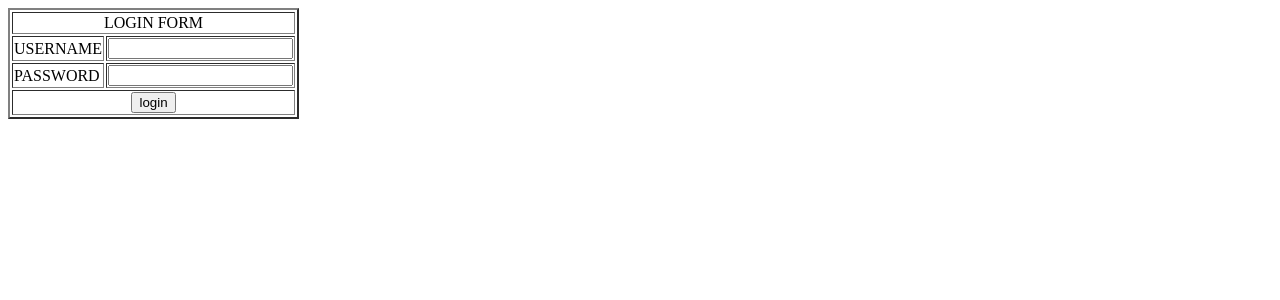
Repository: loky91/MYLABSONLY
Page: J2EE-SERVLET/Lab12_login_with_cookies/WebContent/index.html
An editor plug-in stored every save of this project. The page is shown before and after the next save, followed by the edit.
The browser window is 1280 px wide. The pictures show the whole page.

Above is the page before, as saved 2017-07-02 11:02:11.

After the next save:
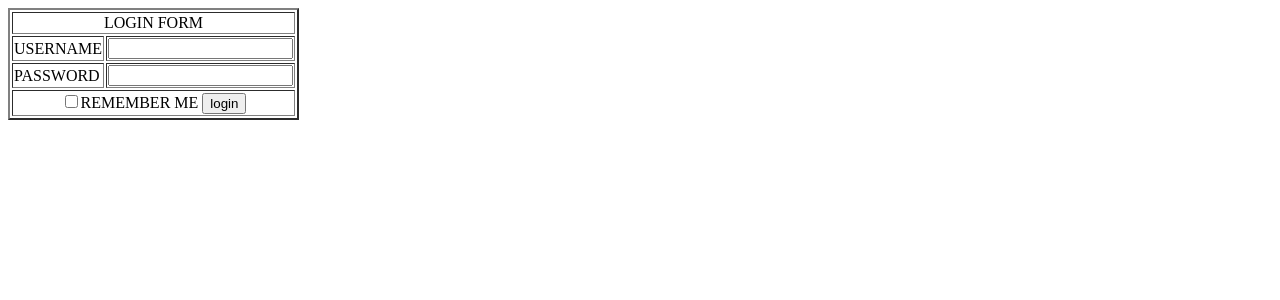
Saved 61 s later.
--- a/J2EE-SERVLET/Lab12_login_with_cookies/WebContent/index.html
+++ b/J2EE-SERVLET/Lab12_login_with_cookies/WebContent/index.html
@@ -18,7 +18,7 @@ LOGIN FORM
 
 <tr><td>USERNAME</td><td> <input type="text" name="uname"/> </td></tr>
 <tr><td>PASSWORD</td><td><input type="password" name="password"></td></tr>
-<tr> <td colspan="2" align="center">  <input type="submit" value="login"> </td> </tr>
+<tr> <td colspan="2" align="center"> <input type="checkbox" value="rememberme">REMEMBER ME <input type="submit" value="login"> </td> </tr>
 
 
 </table>
